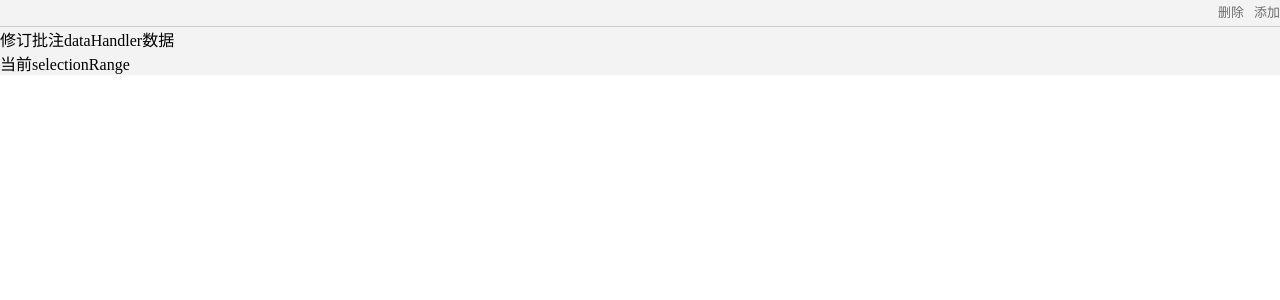
Repository: herorest/plugin
Page: panel/info.html
The author's editor kept a copy of each file at every save. The page is drawn from the files as they stood at one save, then again after a run of saves.
The browser window is 1280 px wide. The pictures show the whole page.

Above is the page before, as saved 2019-06-11 11:50:29.
Console error: TypeError: Cannot read properties of null (reading 'addEventListener')

After the next 2 saves:
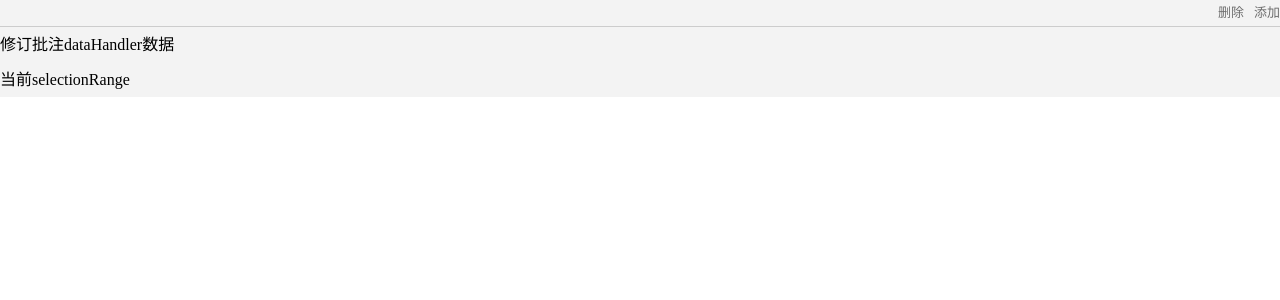
The 2 saves are shown as one change because they came seconds apart.
The last was saved 30 s later.
--- a/panel/info.css
+++ b/panel/info.css
@@ -103,6 +103,7 @@ input[type=checkbox]:checked:before {
     float:right;
 }
 
-.side .list{
-
+.side .list li{
+    height:35px;
+    line-height:35px;
 }
